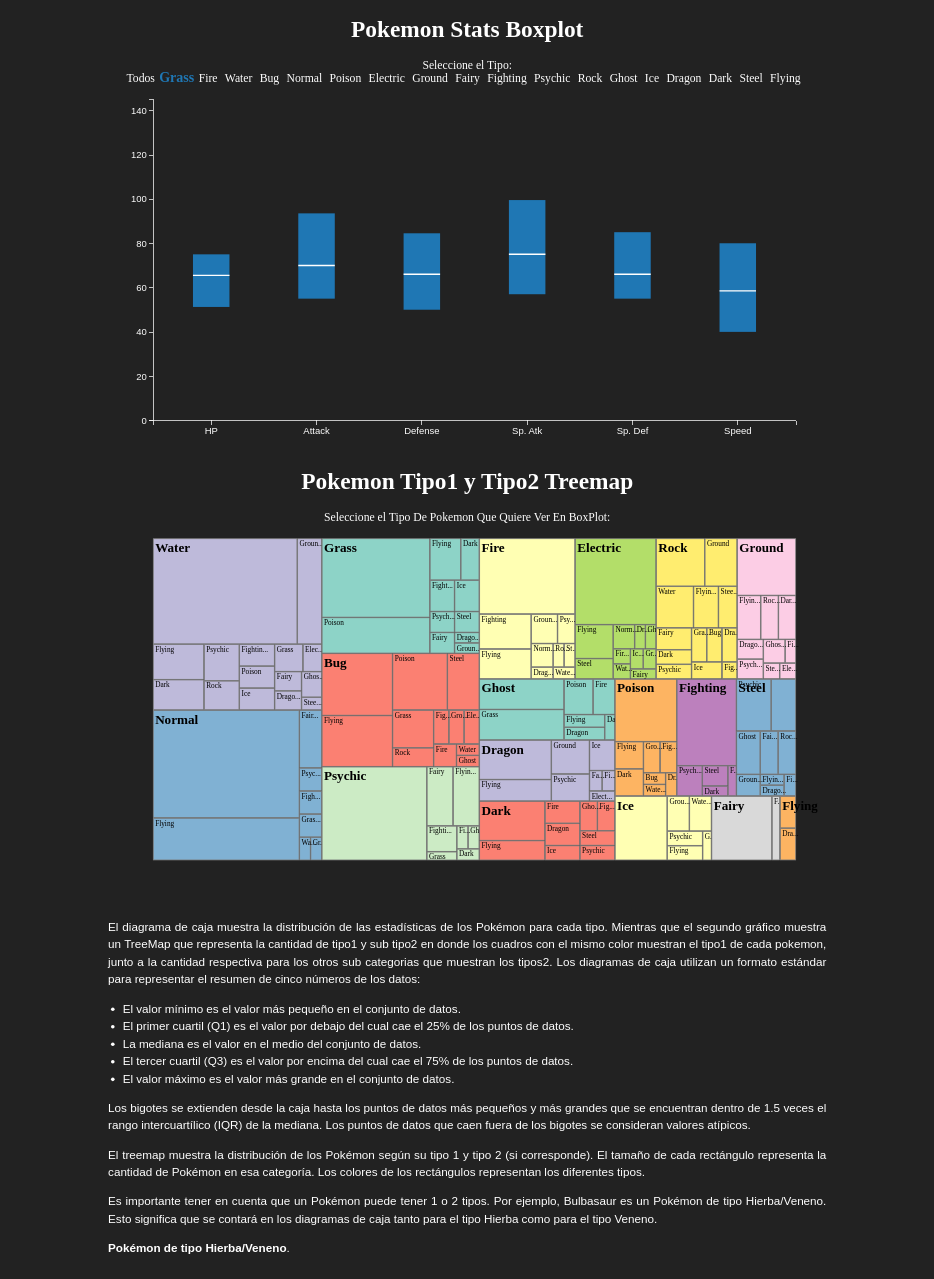
Repository: Cartterr/Proyecto-VisInfo
Page: Propuesta1_Tipos_Cajas.html
These files come from the project's save history. The page is drawn as it stood at one moment and after the next save; the edit follows.
The browser window is 1280 px wide. The pictures show the whole page, at 73% of full size.

Above is the page before, as saved 2023-06-28 05:08:07.

### Propuesta1_Tipos_Cajas.html
<!DOCTYPE html>
<html>
<head>
    <meta charset="utf-8">
    <title>Pokemon Stats Boxplot</title>
    <script src="https://d3js.org/d3.v7.min.js"></script>
</head>

<body>
    <h1>Pokemon Stats Boxplot</h1>
    <link rel="stylesheet" href="Propuesta1_Tipos_Cajas.css">
    <div>
        <label for="typeSelect">Seleccione el Tipo:</label>
        <div class="type-list-container">
            <ul class="type-list" id="typeList"></ul>
        </div>
    </div>
    <div id="boxplot"></div>
    <h1>Pokemon Tipo1 y Tipo2 Treemap</h1>
    <label for="typeSelect">Seleccione el Tipo De Pokemon Que Quiere Ver En BoxPlot:</label>
    <div id="treemap"></div>

    <div id="description">
        <p>El diagrama de caja muestra la distribución de las estadísticas de los Pokémon para cada
            tipo. Mientras que el segundo gráfico muestra un TreeMap que representa la cantidad de
            tipo1 y sub tipo2 en donde los cuadros con el mismo color muestran el tipo1 de cada pokemon,
            junto a la cantidad respectiva para los otros sub categorias que muestran los tipos2.
            Los diagramas de caja utilizan un formato estándar para representar el resumen de cinco
            números de los datos:</p>

        <ul>
            <li>El valor mínimo es el valor más pequeño en el conjunto de datos.</li>
            <li>El primer cuartil (Q1) es el valor por debajo del cual cae el 25% de los puntos de datos.</li>
            <li>La mediana es el valor en el medio del conjunto de datos.</li>
            <li>El tercer cuartil (Q3) es el valor por encima del cual cae el 75% de los puntos de datos.</li>
            <li>El valor máximo es el valor más grande en el conjunto de datos.</li>
        </ul>

        <p>Los bigotes se extienden desde la caja hasta los puntos de datos más pequeños y más
            grandes que se encuentran dentro de 1.5 veces el rango intercuartílico (IQR) de la mediana.
            Los puntos de datos que caen fuera de los bigotes se consideran valores atípicos.</p>

        <p>El treemap muestra la distribución de los Pokémon según su tipo 1 y tipo 2 (si corresponde).
            El tamaño de cada rectángulo representa la cantidad de Pokémon en esa categoría. Los colores
            de los rectángulos representan los diferentes tipos.</p>

        <p>Es importante tener en cuenta que un Pokémon puede tener 1 o 2 tipos. Por ejemplo, Bulbasaur
            es un Pokémon de tipo Hierba/Veneno. Esto significa que se contará en los diagramas de caja
            tanto para el tipo Hierba como para el tipo Veneno.</p> <p><strong>Pokémon de tipo Hierba/Veneno</strong>.
    </div>


    <script src="Propuesta1_Tipos_Cajas.js"></script>
</body>
</html>

### Propuesta1_Tipos_Cajas.css
body {
    margin: 0 auto;
    background-color: #222;
    color: white;
    max-width: 80%;
    min-width: 500px;
    text-align: center;
}

.box {
    fill: #1f77b4;
    cursor: pointer;
    position: relative; /* Agregado */
}

.box:hover {
    fill: #456b86;
}

.tooltip {
    position: absolute;
    background-color: #fff;
    border: 1px solid #ccc;
    padding: 10px;
    pointer-events: none;
    opacity: 0;
    transition: opacity 0.3s ease-in-out;
    top: -40px; /* Agregado */
    left: 0; /* Agregado */
    width: 100px; /* Agregado */
    text-align: center; /* Agregado */
}

.box:hover .tooltip {
    opacity: 1;
}

.median {
    stroke: white;
    stroke-width: 2px;
}

.axis text {
    font-size: 13px;
}

.axis line,
.axis path {
    fill: none;
    stroke: white;
    shape-rendering: crispEdges;
}

.type-list-container {
    display: flex;
    justify-content: center;
}

.type-list {
    display: flex;
    white-space: nowrap;
    padding: 0;
    margin: 0;
    list-style-type: none;
}

.type-list li {
    margin-right: 10px;
    transition: transform 0.3s;
}

.type-list li:hover {
    transform: scale(1.1);
}

.type-list li.selected {
    transform: scale(1.2);
    font-weight: bold;
    color: #1f77b4;
}

.type-list-container {
    overflow-y: hidden;
}

.type-list {
    display: flex;
    white-space: nowrap;
    padding: 0;
    margin: 0;
    list-style-type: none;
}

.type-list li {
    margin-right: 10px;
}

text {
    font-size: 10px;
}

.text-highlight {
    font-size: 18px; /* Adjust the font size as needed */
    font-weight: bold;
    background-color: yellow; /* Adjust the background color as needed */
  }

#description {
    text-align: justify;
    padding: 20px;
    font-family: Arial, sans-serif;
    font-size: 16px;
    line-height: 1.5;
}

#description p {
    margin-bottom: 10px;
}

#description ul {
    margin-bottom: 10px;
    padding-left: 20px;
}

#description li {
    list-style-type: disc;
}

#description strong {
    font-weight: bold;
}

### Propuesta1_Tipos_Cajas.js
let selectedType = 'Todos';

d3.csv("pokemon.csv").then(data => {
    const types = Array.from(new Set(data.map(d => d["Type 1"])));
    const statNames = ["HP", "Attack", "Defense", "Sp. Atk", "Sp. Def", "Speed"];

    const margin = { top: 20, right: 30, bottom: 40, left: 50 },
        width = 960 - margin.left - margin.right,
        height = 500 - margin.top - margin.bottom;

    const svg = d3.select("#boxplot")
        .append("svg")
        .attr("width", width + margin.left + margin.right)
        .attr("height", height + margin.top + margin.bottom)
        .append("g")
        .attr("transform", `translate(${margin.left},${margin.top})`);

    const x = d3.scaleBand()
        .range([0, width])
        .padding(0.1);

    const y = d3.scaleLinear()
        .range([height, 0]);

    const xAxis = d3.axisBottom(x);
    const yAxis = d3.axisLeft(y);

    svg.append("g")
        .attr("class", "axis x-axis")
        .attr("transform", `translate(0,${height})`)
        .call(xAxis);

    svg.append("g")
        .attr("class", "axis y-axis")
        .call(yAxis);

    const updateBoxPlot = (selectedType) => {
        let typeData;
        if (selectedType === 'Todos') {  // Add this condition
            typeData = data;
        } else {
            typeData = data.filter(d => d["Type 1"] === selectedType);
        }

        const typeStats = statNames.map(stat => typeData.map(d => +d[stat]));

        x.domain(statNames);
        y.domain([0, d3.max(typeStats, d => d3.max(d))]);

        svg.select(".x-axis")
            .call(xAxis);

        svg.select(".y-axis")
            .transition()
            .duration(250)
            .call(yAxis);

        const boxWidth = Math.min(50, x.bandwidth());

        svg.selectAll(".box")
            .data(typeStats)
            .join("rect")
            .transition()
            .duration(450)
            .attr("class", "box")
            .attr("x", (d, i) => x(statNames[i]) + (x.bandwidth() - boxWidth) / 2)
            .attr("width", boxWidth)
            .attr("y", d => y(d3.quantile(d, 0.75)))
            .attr("height", d => y(d3.quantile(d, 0.25)) - y(d3.quantile(d, 0.75)))
            .attr("clip-path", "url(#clip)");;

        typeList.selectAll("li")
            .classed("selected", d => d === selectedType);

        svg.selectAll(".median")
            .data(typeStats)
            .join("line")
            .transition()
            .duration(450)
            .attr("class", "median")
            .attr("x1", (d, i) => x(statNames[i]) + (x.bandwidth() - boxWidth) / 2)
            .attr("x2", (d, i) => x(statNames[i]) + (x.bandwidth() + boxWidth) / 2)
            .attr("y1", d => y(d3.median(d)))
            .attr("y2", d => y(d3.median(d)))
            .attr("clip-path", "url(#clip)");


    };

    const typeList = d3.select("#typeList");
    typeList.selectAll("li")
        .data(['Todos'].concat(types))  // Add 'Todos' to the list
        .enter()
        .append("li")
        .text(d => d)
        .on("click", function () {
            let clickedType = d3.select(this).text();

            if (clickedType === selectedType) {
                selectedType = 'Todos';
            } else {
                selectedType = clickedType;
            }

            svgTreemap.selectAll("rect")
                .attr("opacity", d => d.parent.data.name === selectedType || selectedType === 'Todos' ? 1 : 0.3);

            updateBoxPlot(selectedType);
        });


    // Initialize with the first type
    updateBoxPlot(types[0]);

    // Add an id for each Pokemon (needed to compute hierarchy)
    data.forEach((d, i) => d.id = i);


   //TREEMAP
    const color = d3.scaleOrdinal()
    .domain(types)
    .range(d3.schemeSet3);

    // Group the data by Type 1 and Type 2
    let groupedData = d3.group(data, d => d["Type 1"], d => d["Type 2"]);

    // Convert the grouped data into a hierarchical structure
    let hierarchyData = { name: "root", children: [] };
    for (let [type1, values1] of groupedData) {
        let type1Node = { name: type1, children: [] };
        for (let [type2, values2] of values1) {
            type1Node.children.push({ name: type2, value: values2.length });
        }
        hierarchyData.children.push(type1Node);
    }


    // Building the treemap
    const root = d3.hierarchy(hierarchyData)
        .sum(d => d.value)
        .sort((a, b) => b.value - a.value);

    d3.treemap()
        .size([width, height])
        .paddingInner(1)
        (root);

    const svgTreemap = d3.select("#treemap")
        .append("svg")
        .attr("width", width + margin.left + margin.right)
        .attr("height", height + margin.top + margin.bottom)
        .append("g")
        .attr("transform", `translate(${margin.left},${margin.top})`);

    // Create a parent groups for Type 1
    const groups = svgTreemap.selectAll('g')
        .data(root.children)
        .enter()
        .append('g');

    let selectedTypeNode = null;

    // Create a subgroup for each leaf under Type 1 group
    groups.selectAll("rect")
        .data(d => d.leaves())
        .enter()
        .append("rect")
        .attr("x", d => d.x0)
        .attr("y", d => d.y0)
        .attr("width", d => d.x1 - d.x0)
        .attr("height", d => d.y1 - d.y0)
        .attr("fill", d => color(d.parent.data.name)) // color according to Type 1
        .attr("stroke", "grey")
        .attr("opacity", 1)
        .on("click", function(event, d) {
            svgTreemap.selectAll("rect")
                .attr("opacity", 0.3); // reduce opacity for all rectangles

            if (selectedTypeNode) {

                selectedTypeNode.selectAll("rect")
                    .attr("opacity", 0.3); // reset opacity for previously selected group
            }

            if (selectedTypeNode === d3.select(this.parentNode)) {
                selectedTypeNode = null;
            } else {
                selectedTypeNode = d3.select(this.parentNode);

                selectedTypeNode.selectAll("rect")
                    .attr("opacity", 1); // set full opacity for selected group
            }

            const type = d.parent.data.name; // Type 1
            selectedType = selectedType === type ? 'Todos' : type;

            svgTreemap.selectAll("rect")
                .attr("opacity", d => selectedType === 'Todos' || d.parent.data.name === selectedType ? 1 : 0.3);


            typeList.selectAll("li")
                .classed("selected", d => d === selectedType);

            updateBoxPlot(selectedType);
        });

    // Add labels for Type 2 and Type 1
    groups.selectAll("text.type2")
        .data(d => d.leaves())
        .enter()
        .append("text")
        .attr("class", "type2")
        .attr("x", d => d.x0 + 2.5)
        .attr("y", d => d.y0 + 10)
        .text(d => d.data.name.length * 6 < (d.x1 - d.x0) ? d.data.name : `${d.data.name.slice(0, (d.x1 - d.x0) / 6)}...`) // Truncate text if it doesn't fit
        .append("title")  // Tooltip to show full name on hover
        .text(d => d.data.name);

    groups.append("text")
        .attr("class", "type1 text-highlight") // Add the "text-highlight" class
        .attr("x", d => d.x0 + 2.5)
        .attr("y", d => d.y0 + 18)
        .text(d => d.data.name) // show Type 1
        .append("title") // Tooltip to show full name on hover
        .text(d => d.data.name);

});

After the next save:
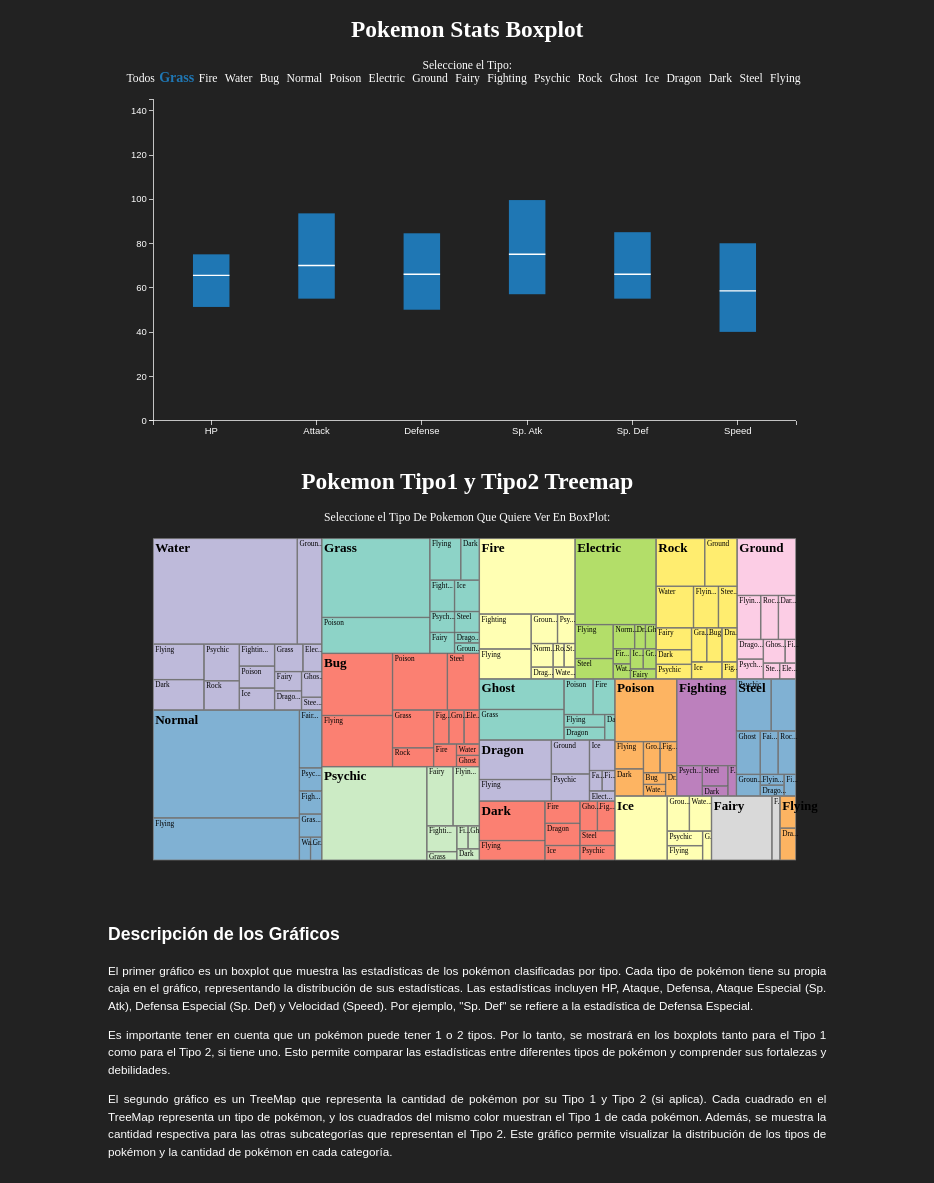
Saved 113 s later.
--- a/Propuesta1_Tipos_Cajas.html
+++ b/Propuesta1_Tipos_Cajas.html
@@ -21,32 +21,28 @@
     <div id="treemap"></div>
 
     <div id="description">
-        <p>El diagrama de caja muestra la distribución de las estadísticas de los Pokémon para cada
-            tipo. Mientras que el segundo gráfico muestra un TreeMap que representa la cantidad de
-            tipo1 y sub tipo2 en donde los cuadros con el mismo color muestran el tipo1 de cada pokemon,
-            junto a la cantidad respectiva para los otros sub categorias que muestran los tipos2.
-            Los diagramas de caja utilizan un formato estándar para representar el resumen de cinco
-            números de los datos:</p>
-
-        <ul>
-            <li>El valor mínimo es el valor más pequeño en el conjunto de datos.</li>
-            <li>El primer cuartil (Q1) es el valor por debajo del cual cae el 25% de los puntos de datos.</li>
-            <li>La mediana es el valor en el medio del conjunto de datos.</li>
-            <li>El tercer cuartil (Q3) es el valor por encima del cual cae el 75% de los puntos de datos.</li>
-            <li>El valor máximo es el valor más grande en el conjunto de datos.</li>
-        </ul>
-
-        <p>Los bigotes se extienden desde la caja hasta los puntos de datos más pequeños y más
-            grandes que se encuentran dentro de 1.5 veces el rango intercuartílico (IQR) de la mediana.
-            Los puntos de datos que caen fuera de los bigotes se consideran valores atípicos.</p>
-
-        <p>El treemap muestra la distribución de los Pokémon según su tipo 1 y tipo 2 (si corresponde).
-            El tamaño de cada rectángulo representa la cantidad de Pokémon en esa categoría. Los colores
-            de los rectángulos representan los diferentes tipos.</p>
-
-        <p>Es importante tener en cuenta que un Pokémon puede tener 1 o 2 tipos. Por ejemplo, Bulbasaur
-            es un Pokémon de tipo Hierba/Veneno. Esto significa que se contará en los diagramas de caja
-            tanto para el tipo Hierba como para el tipo Veneno.</p> <p><strong>Pokémon de tipo Hierba/Veneno</strong>.
+        <h2>Descripción de los Gráficos</h2>
+        <p>
+            El primer gráfico es un boxplot que muestra las estadísticas de los pokémon
+            clasificadas por tipo. Cada tipo de pokémon tiene su propia caja en el gráfico,
+            representando la distribución de sus estadísticas. Las estadísticas incluyen HP,
+            Ataque, Defensa, Ataque Especial (Sp. Atk), Defensa Especial (Sp. Def) y
+            Velocidad (Speed). Por ejemplo, "Sp. Def" se refiere a la estadística de Defensa Especial.
+        </p>
+        <p>
+            Es importante tener en cuenta que un pokémon puede tener 1 o 2 tipos. Por lo tanto,
+            se mostrará en los boxplots tanto para el Tipo 1 como para el Tipo 2, si tiene uno.
+            Esto permite comparar las estadísticas entre diferentes tipos de pokémon y comprender
+            sus fortalezas y debilidades.
+        </p>
+        <p>
+            El segundo gráfico es un TreeMap que representa la cantidad de pokémon por su Tipo 1
+            y Tipo 2 (si aplica). Cada cuadrado en el TreeMap representa un tipo de pokémon, y los
+            cuadrados del mismo color muestran el Tipo 1 de cada pokémon. Además, se muestra la
+            cantidad respectiva para las otras subcategorías que representan el Tipo 2.
+            Este gráfico permite visualizar la distribución de los tipos de pokémon y la
+            cantidad de pokémon en cada categoría.
+        </p>
     </div>
 
 
